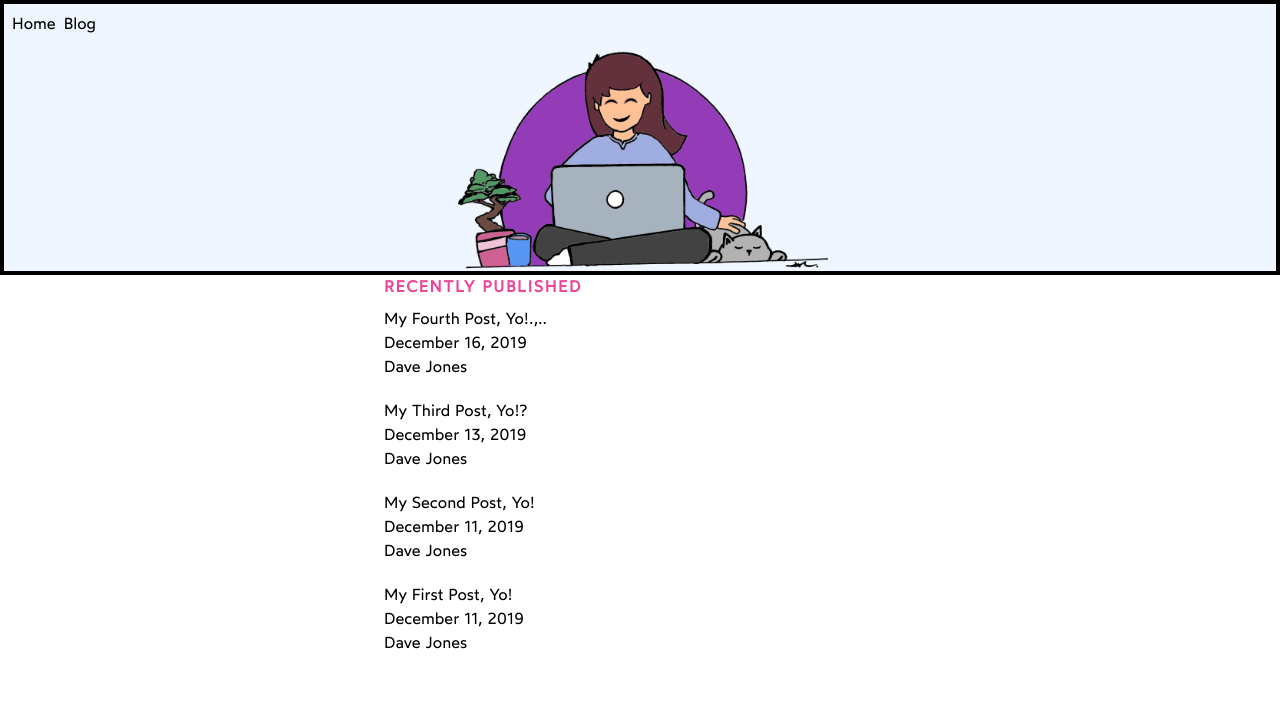
Repository: Risclover/markdown-blog
Page: /
The author's editor kept a copy of each file at every save. The page is drawn from the files as they stood at one save, then again after the next save.
The browser window is 1280 px wide. The pictures show the whole page.
The project was rebuilt for these pictures with package versions that can differ from the ones it lists, and the page was loaded fresh each time.

Above is the page before, as saved 2023-06-28 12:14:36.

### src/index.js
import React from "react";
import ReactDOM from "react-dom/client";
import { BrowserRouter as Router } from "react-router-dom";
import "./fonts/wotfard-cufonfonts-webfont/style.css";

import "./index.css";
import App from "./App";

const root = ReactDOM.createRoot(document.getElementById("root"));
root.render(
  <Router>
    <App />
  </Router>
);

### src/fonts/wotfard-cufonfonts-webfont/style.css
/* #### Generated By: http://www.cufonfonts.com #### */

    @font-face {
    font-family: 'Wotfard Regular';
    font-style: normal;
    font-weight: normal;
    src: local('Wotfard Regular'), url('Wotfard-Regular.woff') format('woff');
    }

### src/index.css
*,
*::before,
*::after {
  box-sizing: border-box;
}
* {
  margin: 0;
}
body {
  line-height: 1.5;
  min-height: 100vh;
  -webkit-font-smoothing: antialiased;
}
img,
picture,
video,
canvas,
svg {
  display: block;
  max-width: 100%;
}
input,
button,
textarea,
select {
  font: inherit;
}
p,
h1,
h2,
h3,
h4,
h5,
h6 {
  overflow-wrap: break-word;
}
#root,
#__next {
  isolation: isolate;
}

### src/App.js
import "./App.css";
import { Route, Routes } from "react-router-dom";
import Home from "./pages/Home";
import NavBar from "./components/NavBar";
import Header from "./components/Header";
import HomeHeader from "./components/HomeHeader";

function App() {
  return (
    <div className="bg-white-100 min-h-screen">
      <Header>
        <NavBar />
        <HomeHeader />
      </Header>
      <div className="max-w-screen-lg m-auto">
        <Routes>
          <Route path="/" element={<Home />} />
        </Routes>
      </div>
    </div>
  );
}

export default App;

### src/pages/Home.js
import React, { useEffect } from "react";
import postList from "../posts.json";
import HomeHeader from "../components/HomeHeader";

export default function Home() {
  console.log(postList);

  postList.sort((a, b) => {
    let aPost = a.timestamp;
    let bPost = b.timestamp;

    return bPost - aPost;
  });

  return (
    <div className="container max-w-lg font-sans mx-auto border-black-4">
      <h2 className="uppercase text-base font-semibold tracking-widest text-pink-500">
        Recently Published
      </h2>
      <div className="grid grid-cols-1 gap-1 grid-flow-row ">
        {postList.map((post) => (
          <div key={post.id} className="container py-2 bg-white">
            <div>{post.title}</div>
            <div>{post.date}</div>
            <div>{post.author}</div>
          </div>
        ))}
      </div>
    </div>
  );
}

### src/components/NavBar.js
import React from "react";

export default function NavBar() {
  return (
    <div className="py-2">
      <ul className="flex">
        <li className="mx-2">Home</li>
        <li>Blog</li>
      </ul>
    </div>
  );
}

### src/components/Header.js
import React from "react";

export default function Header({ children }) {
  return (
    <header className="border-2 border-black w-full bg-blue-50 flex flex-col">
      <div className="max-w-screen-xl w-full mx-auto border-2 border-black">
        {children}
      </div>
    </header>
  );
}

### src/components/HomeHeader.js
import React from "react";
import Avatar from "../images/avatar.png";
export default function HomeHeader() {
  return (
    <div className="flex flex-col justify-end">
      <div>
        <img className="w-96 m-auto border-black-4" src={Avatar} />
      </div>
    </div>
  );
}

### src/posts.json
[{"id":4,"title":"My Third Post, Yo!?","subtitle":"No subtitle given","description":"No description given","author":"Dave Jones","date":"December 13, 2019","timestamp":1576224000,"content":"\nWelcome to My Blog. _It's a beautiful thing._ I hope you'll have as much fun reading my posts as I have writing them. Well, before we go any further, allow me to introduce myself. I'm Dave Jones. I'm 34, and from Montreal, Canada.\n"},{"id":3,"title":"My Second Post, Yo!","subtitle":"No subtitle given","description":"No description given","author":"Dave Jones","date":"December 11, 2019","timestamp":1576051200,"content":"\nWelcome to My Blog. _It's a beautiful thing._ I hope you'll have as much fun reading my posts as I have writing them. Well, before we go any further, allow me to introduce myself. I'm Dave Jones. I'm 34, and from Montreal, Canada.\n"},{"id":2,"title":"My Fourth Post, Yo!.,..","subtitle":"No subtitle given","description":"No description given","author":"Dave Jones","date":"December 16, 2019","timestamp":1576483200,"content":"\nWelcome to My Blog. _It's a beautiful thing._ I hope you'll have as much fun reading my posts as I have writing them. Well, before we go any further, allow me to introduce myself. I'm Dave Jones. I'm 34, and from Montreal, Canada.\n"},{"id":1,"title":"My First Post, Yo!","subtitle":"This is a subtitle.","description":"Happy Pride month! In this tutorial, I'll share a handful of my favourite animation tricks. You'll learn how to build an animated wavy pride flag using CSS keyframes and linear gradients. We'll also see how to make it dynamic using React. 🏳️‍🌈","author":"Dave Jones","date":"December 11, 2019","timestamp":1576051200,"content":"\nWelcome to My Blog. _It's a beautiful thing._ I hope you'll have as much fun reading my posts as I have writing them. Well, before we go any further, allow me to introduce myself. I'm Dave Jones. I'm 34, and from Montreal, Canada.\n"}]

### tailwind.config.js
/** @type {import('tailwindcss').Config} */
module.exports = {
  content: [
    "./app/**/*.{js,ts,jsx,tsx,mdx}",
    "./pages/**/*.{js,ts,jsx,tsx,mdx}",
    "./components/**/*.{js,ts,jsx,tsx,mdx}",

    // Or if using `src` directory:
    "./src/**/*.{js,ts,jsx,tsx,mdx}",
  ],
  theme: {
    fontFamily: {
      sans: ["Wotfard Regular", "sans-serif"],
    },
    extend: {},
  },
  plugins: [],
};

Loaded but not shown: public/index.html (common file); src/App.css (common file)

After the next save:
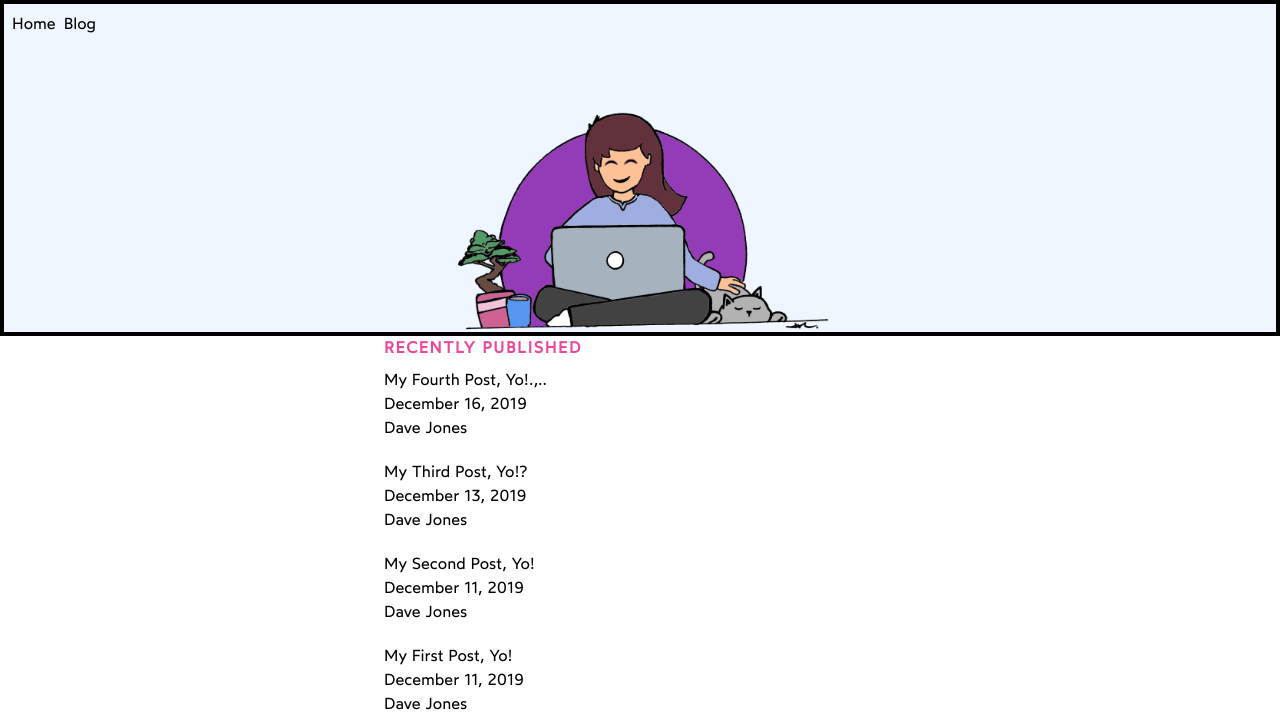
Saved 17 s later.
--- a/src/components/HomeHeader.js
+++ b/src/components/HomeHeader.js
@@ -2,7 +2,7 @@ import React from "react";
 import Avatar from "../images/avatar.png";
 export default function HomeHeader() {
   return (
-    <div className="flex flex-col justify-end">
+    <div className="h-72 flex flex-col justify-end">
       <div>
         <img className="w-96 m-auto border-black-4" src={Avatar} />
       </div>
